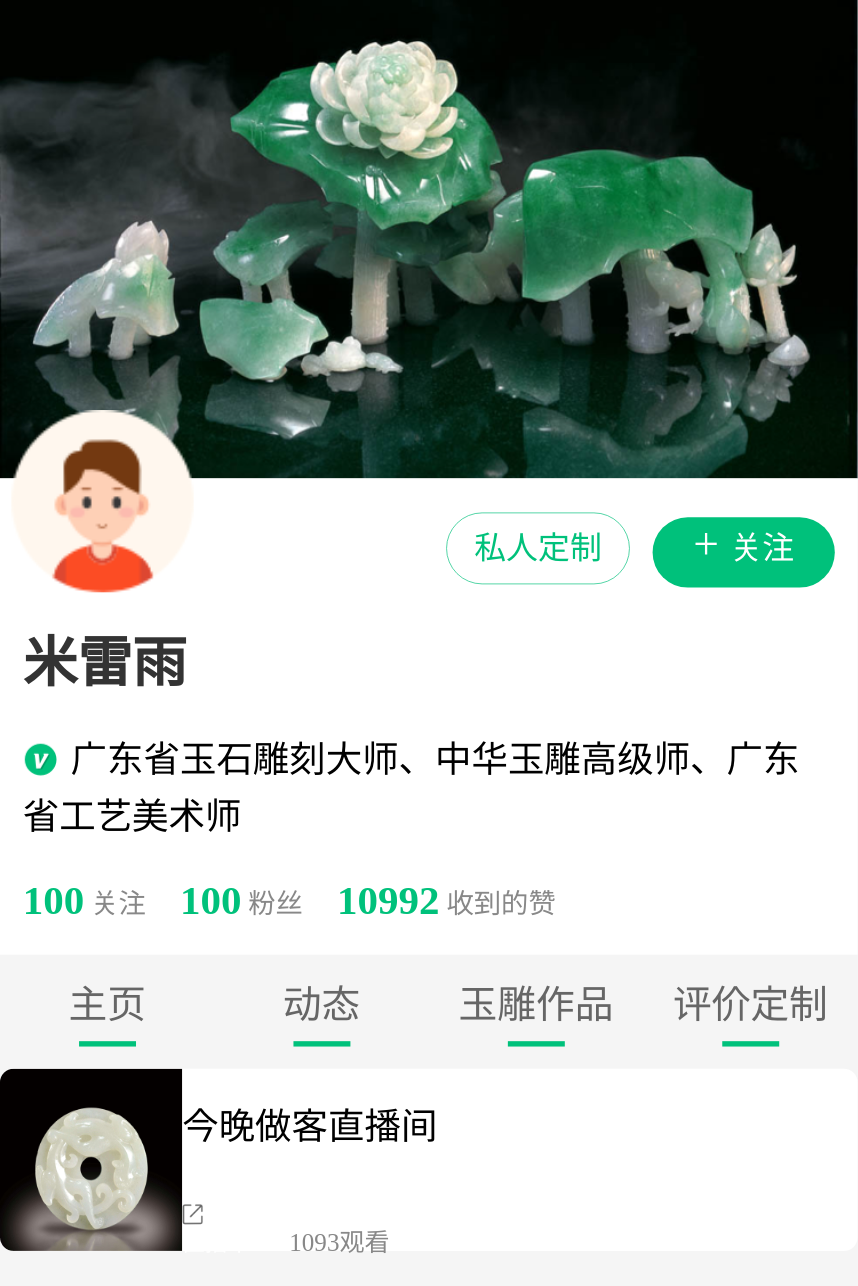
Repository: 1yanglulu/-
Page: html/jadecarvemaincenter.html
An editor plug-in stored every save of this project. The page is shown before and after the next save, followed by the edit.
The browser window is 1280 px wide. The pictures show the whole page, at 67% of full size.

Above is the page before, as saved 2020-01-07 16:37:08.

### html/jadecarvemaincenter.html
<!DOCTYPE html>
<html lang="en">
<head>
  <meta charset="UTF-8">
  <meta name="viewport" content="width=device-width, user-scalable=no, initial-scale=1.0, maximum-scale=1.0, minimum-scale=1.0">
  <meta http-equiv="X-UA-Compatible" content="ie=edge">
  <title>玉雕师详情</title>
  <link rel="stylesheet" href="../css/common.css">
  <link rel="stylesheet" href="../css/jadecarvemaincenter.css">
  <link rel="stylesheet" href="../css/jadehomepage.css">
</head>
<body class="bac-color">
  <div class="jade-main-center  bac-color">
    <div class="top-banner">
      <img src="../images/mainbac.png" alt="" class="banner-bac">
    </div>
    <div class="avatar-box">
      <img src="../images/defaultImg.png" alt="" class="default-img">
      <div class="btn-box fn">
        <a href="javascript:void(0);" class="self-made">私人定制</a>
        <div class="follow-btn"><span class="add-icon">+</span>关注</div>
      </div>
      <div class="jade-name">
        米雷雨
      </div>
      <div class="jade-introduce fn">
        <img src="../images/vipicon.png" alt="vip" class="vip-icon">
        <span class="touxian">广东省玉石雕刻大师、中华玉雕高级师、广东省工艺美术师</span>
      </div>
      <div class="jade-hot-num">
        <span class="for-num">100</span>关注<span class="for-num">100</span>粉丝<span class="for-num">10992</span>收到的赞
      </div>
    </div>
    <div class="jade-tab clearfix">
      <div class="jade-tab-item fl  fn">
        <span>主页</span>
        <div class="tab-line"></div>
      </div>
      <div class="jade-tab-item fl  fn">
        <span>动态</span>
        <div class="tab-line"></div>
      </div>
      <div class="jade-tab-item fl  fn">
        <span>玉雕作品</span>
        <div class="tab-line"></div>
      </div>
      <div class="jade-tab-item fl  fn">
        <span>评价定制</span>
        <div class="tab-line"></div>
      </div>
    </div>
    <div id="home-page-con">
    </div>
    <div class="active-page-con">
    </div>
    <div class="jade-works-page-con">
    </div>
    <div class="jade-comment-made-page-con">
    </div>
  </div>
  <script src="../js/jquery-3.3.1.min.js"></script>
  <script src="../js/rem.js"></script>
  <script src="../js/jadecarvemaincenter.js"></script>
  <script>
    $(document).ready(function(){
    　　$("#home-page-con").load("./jadehomepage.html")
    });
  </script>
</body>
</html>

### css/common.css
h2,body,div,html,ul,li,a,img{
  margin: 0;
  padding: 0;
}
a,img{
  display:block;
}
.fn{
  font-size:0;
}
ul{
  margin-block-start: 0;
  margin-block-end: 0;
  padding-inline-start: 0;
}
ul li{
  list-style: none;
}
a{
  text-decoration: none;
}
.clearfix:after{/*伪元素是行内元素 正常浏览器清除浮动方法*/
  content: "";
  display: block;
  height: 0;
  clear:both;
  visibility: hidden;
}
.clearfix{
  *zoom: 1;/*ie6清除浮动的方式 *号只有IE6-IE7执行，其他浏览器不执行*/
}
.fl{
  float: left;
}
.fr{
  float:right;
}
.bac-color{
  /* background:rgb(248,248,248); */
  background: #f5f5f5;
}

### css/jadecarvemaincenter.css
.jade-main-center{
  width: 100%;
}
.top-banner{
  background: #fff;
}
.banner-bac{
  width: 100%;
  height: 4.2rem;
  display: block
}
.default-img{
  width: 1.6rem;
  height: 1.6rem;
}
.avatar-box{
  position: relative;
  background: #fff;
}
.default-img{
  position: absolute;
  left:.1rem;
  top:-.6rem;

}
.avatar-box{
  padding:0 .2rem 0.3rem;
}
.btn-box{
  text-align: right;
  padding: .3rem 0;
}
.self-made{
  display: inline-block;
  padding: 0 .24rem;
  text-align: center;
  line-height: .62rem;
  border: 1px solid #00C17B;
  border-radius:.33rem;
  background: #fff;
  font-size: .28rem;
  color: #00C17B;
  margin-right: .2rem;
}
.follow-btn{
  width: 1.6rem;
  height: .62rem;
  text-align: center;
  background: #00C17B;
  border-radius:.33rem;
  font-size: .28rem;
  color: #FFFFFF;
  display: inline-block;
}
.add-icon{
  font-size: .4rem;
  color: #FFFFFF;
  margin-right: .1rem;
}
.jade-name{
  font-size: .48rem;
  color: #333333;
  line-height: .58rem;
  text-align: left;
  margin-top: .08rem;
  font-weight: bold;
  margin-bottom: .3rem;
  background: #fff;
}
.jade-introduce{
  margin-bottom: .3rem;
  background: #fff;
}
.vip-icon{
  width: .32rem;
  height: .32rem;
  display: inline-block;
  margin-right: .1rem;
  vertical-align: middle;
}
.touxian{
  font-size: .32rem;
  color: #000000;
  line-height: .5rem;
  vertical-align: middle;
}
.jade-hot-num{
  font-size: .24rem;
  color: #888888;
  text-align: center;
  text-align: left;
  background: #fff;
}
.jade-hot-num .for-num{
  font-size: .36rem;
  color: #00C17B;
  text-align: center;
  font-weight: bold;
  margin-left: .3rem;
  vertical-align: bottom;
  line-height: 0.36rem;
  margin-right: .06rem;
}
.jade-hot-num .for-num:first-child{
  margin-left: 0;
}
.jade-tab{
  height: 1rem;
}
.jade-tab .jade-tab-item{
  width: 25%;
  height: 100%;
  text-align: center;
  padding-top: 0.2rem;
  box-sizing: border-box;
}
.jade-tab .jade-tab-item>span{
  display: block;
  height: 0.48rem;
  text-align: center;
  line-height: .48rem;
  margin-bottom: .08rem;
  font-size: .34rem;
  color: #666666;
}
.tab-line{
  width: .5rem;
  height: .05rem;
  background: #00C17B;
  display: inline-block;
}
.active-style{
  color:#00C17B
}
.home-page-con{
  padding:0 .2rem;
}

### css/jadehomepage.css
.bodyStyle{
  padding:0 .2rem;
}
.home-top{
  width: 100%;
  height: 1.6rem;
  background: #FFFFFF;
  border-radius: .12rem;
}
.live-bac{
  display: inline-block;
  width: 1.6rem;
  height: 100%;
  border-radius: 0.12rem 0 0 0.12rem;
}
.live-con{
  height: 100%;
  display: inline-block;
  box-sizing: border-box;
}
.live-title{
  font-size: .32rem;
  color: #000000;
  letter-spacing: 0;
  line-height: .4rem;
  margin-bottom: .48rem;
}
.live-status{
  display: inline-block;
  width: .94rem;
  height: .32rem;
  font-size: .2rem;
  color: #FFFFFF;
}
.live-status>img{
  width: .18rem;
  height: .18rem;
}
.live-visitor-num{
  display: inline-block;
  font-size: .22rem;
  color: #888888;
}

### js/rem.js
(function (doc, win) {
    var docEl = doc.documentElement,
        resizeEvt = 'orientationchange' in window ? 'orientationchange' : 'resize',
        recalc = function () {
            var clientWidth = docEl.clientWidth;
            if (!clientWidth) return;
            docEl.style.fontSize =Math.floor(100*(clientWidth / 750))+ 'px';
        };
    if (!doc.addEventListener) return;
    win.addEventListener(resizeEvt, recalc, false);
    doc.addEventListener('DOMContentLoaded', recalc, false);
})(document,window);

### html/jadehomepage.html
<div class="home-top fn">
  <img src="../images/yushi1.jpg" alt="直播间封面" class="live-bac">
  <div class="live-con fn">
    <div class="live-title">今晚做客直播间</div>
    <div class="live-detail fn">
      <div class="live-status"><img src="../images/share.png" alt="">直播中</div>
      <div class="live-visitor-num">1093观看</div>
    </div>
  </div>
  <a href="javascript:void(0);">进入直播间</a>
</div>

Loaded but not shown: js/jquery-3.3.1.min.js (library); js/jadecarvemaincenter.js (no stored copy; drawn as an empty file)

After the next save:
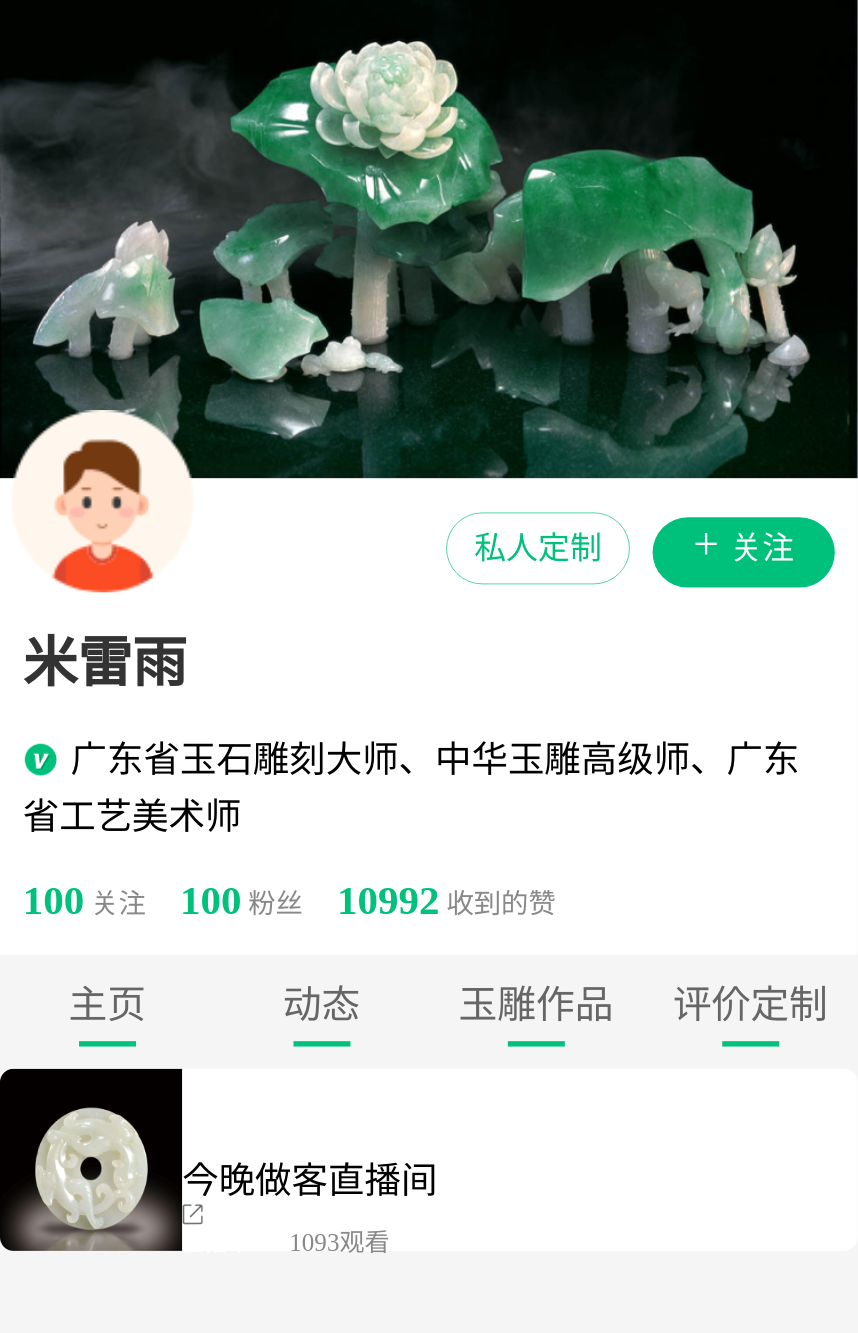
Saved 40 s later.
--- a/css/jadehomepage.css
+++ b/css/jadehomepage.css
@@ -22,8 +22,6 @@
   font-size: .32rem;
   color: #000000;
   letter-spacing: 0;
-  line-height: .4rem;
-  margin-bottom: .48rem;
 }
 .live-status{
   display: inline-block;
